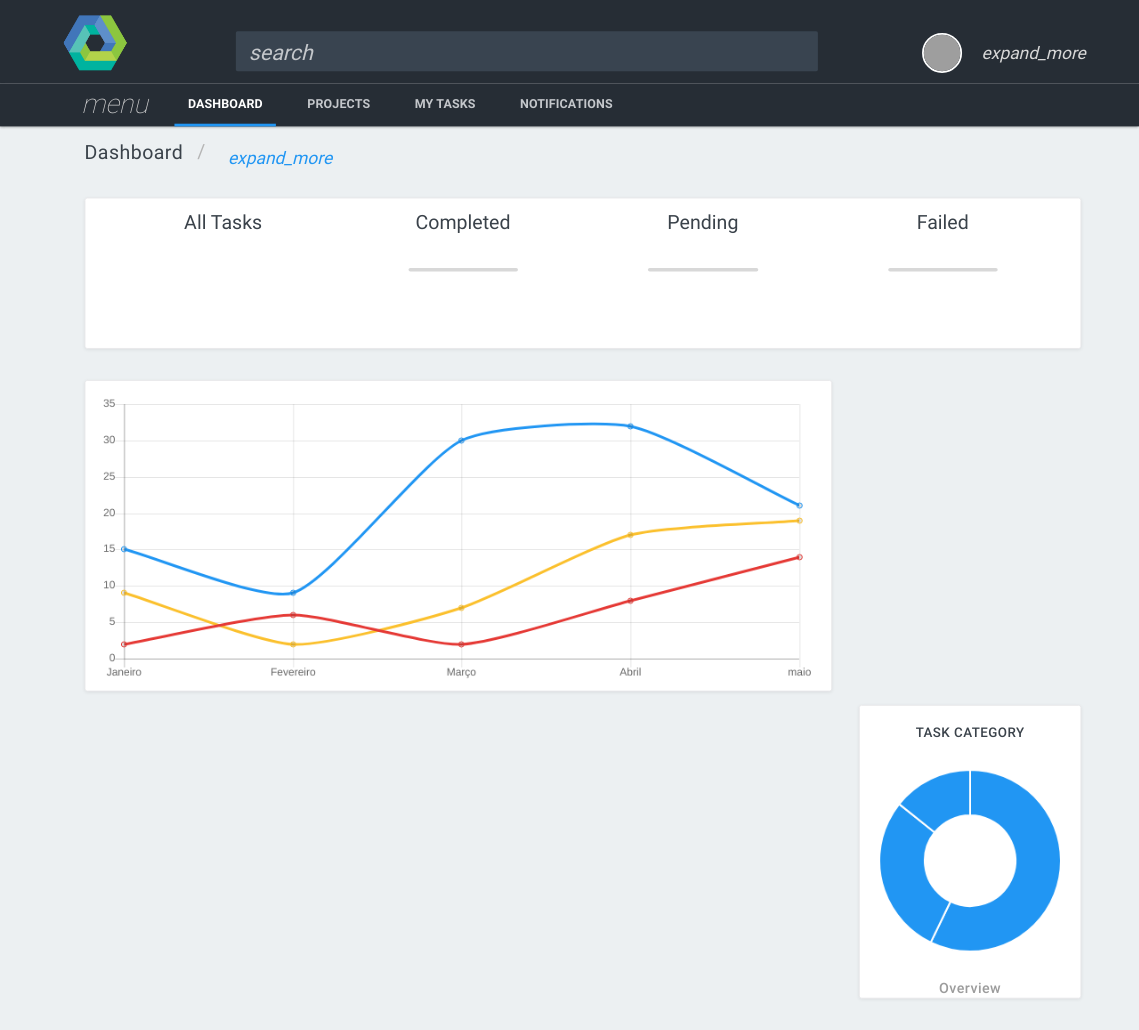
Repository: RenanChagas/ProjectManagement
Page: http://localhost/finalproject/WEB-INF/views/dashboard.jsp
An editor plug-in stored every save of this project. The page is shown before and after the next save, followed by the edit.
The browser window is 1280 px wide. The pictures show the whole page, at 89% of full size.
Pictures or frames that could not be fetched are drawn as grey boxes. The page is served by Tomcat 9. Nobody is signed in. Other server files are loaded and not shown. The template is opened directly, without the code that normally fills it, so the values that code supplies are empty.

Above is the page before, as saved 2017-11-20 00:04:51.

### finalproject/src/main/webapp/WEB-INF/views/dashboard.jsp
<%@ page language="java" contentType="text/html; charset=ISO-8859-1" pageEncoding="ISO-8859-1"%>
<%@ taglib prefix="c" uri="http://java.sun.com/jsp/jstl/core"%>
<%@ taglib prefix="form" uri="http://www.springframework.org/tags/form"%>
<%@ taglib prefix="t" uri="http://www.springframework.org/tags"%>

<!DOCTYPE html>
<html lang="en">
<head>
  <meta http-equiv="Content-Type" content="text/html; charset=UTF-8"/>
  <meta name="viewport" content="width=device-width, initial-scale=1, maximum-scale=1.0"/>
  <title>Course Management</title>

  <!-- CSS  -->
  <link href="https://fonts.googleapis.com/icon?family=Material+Icons" rel="stylesheet">
  <link type="text/css" rel="stylesheet" media="screen,projection" href="<c:url value='/static/css/materialize.css' />"/>
  <link type="text/css" rel="stylesheet" media="screen,projection" href="<c:url value='/static/css/custom-css.css' />"/>

  <!--  Scripts-->
  <script src="<c:url value="/static/js/jquery-2.1.1.min.js" />"></script>
  <script src="<c:url value="/static/js/materialize.js" />"></script>
  <script src="<c:url value="/static/js/Chart.js" />"></script>
  <script src="<c:url value="/static/js/menu.js" />"></script>

  <!-- Website Logo -->
  <link rel="icon" href="<c:url value="/static/images/default/logo.png"/>">

  <script type="text/javascript">
	  $(document).ready(function() {

		  var completedTaskPerc = ${percCompletedTasks} + '%';
		  var percPendingTasks = ${percPendingTasks} + '%';
		  var percFailedTasks = ${percFailedTasks} + '%';

		  $('#completedTasks').attr('style','width: ' + completedTaskPerc);
		  $('#pendingTasks').attr('style','width: ' + percPendingTasks);
		  $('#failedTasks').attr('style','width: ' + percFailedTasks);



	  });
  </script>

</head>
<body>
<c:set var="contextPath" value="${pageContext.request.contextPath}"/>

	<!-- NAV TOP  -->
	<nav id="logo_nav" class="MDC-navbar-style MDC-shadow-0 hide-on-small-and-down">
    	<div class="nav-wrapper MDC-nav-margin">
    		<!--  NAV CONTAINER -->
      		<div class="row MDC-nav-top-container ">

        	<!-- Logo -->
        	<div class="col s12 m3 l2">
          		<div class="MDC-nav-logo-position">
          			<img src="<c:url value="/static/images/default/logo.png"/>" class="MDC-nav-logo-size"/>
          		</div>
        	</div>

        	<!-- Search -->
        	<div class="col s12 m7 l7">
          		<div class="MDC-nav-search-position">
            	<form>
              		<div class="input-field">
                		<input id="search" type="search" class="MDC-nav-search-focus" required>
                		<label class="label-icon" for="search"><i class="material-icons MDC-nav-search-focus">search</i></label>
                  		<i class="material-icons MDC-nav-search-focus">close</i>
              		</div>
            	</form>
          		</div>
        	</div>

        	<!-- Avatar -->
        	<div class="col s12 m2 l3">
          		<div class="MDC-nav-account-position">
	            	<!-- Dropdown Trigger -->
	            	<a class="dropdown-button " data-beloworigin="true"
	               		href='#' data-activates='account-dropdown'>
	               		<div class="MDC-nav-account-option-position hide-on-med-and-down">
	                		 <i class="material-icons MDC-icon-small MDC-color-grey-light">expand_more</i>
	               		</div>
	               		<span class="MDC-login-text MDC-nav-account-text-position
	               					MDC-color-grey-light hide-on-med-and-down">
	                 	${user.username}
	               		</span>
	               		<img src="<c:url value="/static/images/avatar/${user.username}/${user.username}.png"/>"
	               				class="MDC-avatar-circle-small mdc-nav-avatar-position"/>
	            	</a>
	            	<!-- Dropdown Structure -->
	            	<ul id='account-dropdown' class='dropdown-content MDC-nav-account-dropdown-position'>
	              		<li><a id="profile" class="modal-trigger MDC-color-grey-dark-2 MDC-font-15" href="${contextPath}/profile">Profile</a></li>
	              		<li><a class="MDC-color-grey-dark-2 MDC-font-15" href="#!">Report a Problem</a></li>
	              		<li class="divider"></li>
	              		<li><a class="MDC-color-grey-dark-2 MDC-font-15" href="${contextPath}/logout">Logout</a></li>
	            	</ul>
          		</div>
        	</div>

			</div>
			<!--  NAV CONTAINER - END-->
		</div>
	</nav>
	<!-- NAV TOP - END -->

  <!-- NAV MENU  -->
  <div class="MDC-menu-fullWidth">
    <div class="MDC-shadow-bottom">
      <header class="MDC-shadow-bottom">
        <nav id="menu_nav" class="MDC-navbar-menu-size MDC-navbar-style MDC-shadow-0 MDC-nav-margin">
          <div class="nav-wrapper MDC-nav-margin MDC-left">
            <!-- MENU ROW -->
            <div class="row">
              <div class="col">
                <div class="MDC-nav-menu-container">

                  <ul id="nav-mobile" class="MDC-nav-menu-ul left left-align">
                    <a href="#" id="mobile-icon" onclick="openNav()" class="left MDC-padding-mobile-0
                    MDC-hover-none">
                      <i class="material-icons MDC-nav-tabs-icon MDC-color-grey-light">
                        menu
                      </i>
                    </a>
                    <li class="MDC-navbar-menu"><a class="active MDC-navbar-active" href="${contextPath}/dashboard">Dashboard</a></li>
                    <li class="MDC-navbar-menu"><a href="${contextPath}/projects">Projects</a></li>
                    <li class="MDC-navbar-menu"><a href="#!">My Tasks</a></li>
                    <li class="MDC-navbar-menu"><a href="${contextPath}/notification">Notifications
                      </a>
                    </li>
                  </ul>
                  <div id="mySidenav" class="MDC-sidenav">
                    <a href="javascript:void(0)" class="MDC-closebtn" onclick="closeNav()">x</a>
                    <a href="#">About</a>
                    <a href="#">Services</a>
                    <a href="#">Clients</a>
                    <a href="#">Contact</a>
                  </div>

                </div>
              </div>
            </div>
            <!-- MENU ROW - END -->
          </div>
        </nav>
      </header>
    </div>
  </div>
  <!-- NAV MENU - END -->

  <!-- TITLE PAGE -->
  <div class="row  MDC-page-center MDC-page-container">
    <div class="col MDC-padding-0 left">
      <div class="MDC-page-title-size">
        <font class="MDC-h5-style MDC-color-grey-dark-2 MDC-display-inline">Dashboard</font>
        <font class="MDC-h5-style MDC-color-grey-light-2 MDC-display-inline MDC-relative
                     MDC-news-counterBar-position">/
        </font>
        <font class="MDC-h5-style MDC-color-blue MDC-display-inline">${user.username}</font>
        <i class="material-icons MDC-icon-small MDC-color-blue
                  MDC-news-expand-icon-position MDC-relative">expand_more</i>

      </div>
    </div>
  </div>
  <!-- TITLE PAGE - END -->

  <!-- RESUME CONTAINER -->
  <div class="MDC-page-center MDC-page-container">
    <!-- RESUME CONTENT -->
    <div class="row MDC-page-margin-top">
      <div class="col l12 MDC-padding-0 MDC-margin-right40">
        <div class="MDC-card MDC-dashboard-card-size">
          <div class="MDC-card-news-container">

            <!-- All Courses -->
            <div class="col l3">
              <div class="row center">
                <font class="MDC-font-22 MDC-color-grey-dark-2">
                  All Tasks
                </font>
              </div>
              <div class="row center">
                <font class="MDC-font-60 MDC-font-bold MDC-color-grey">
                  ${allTasks}
                </font>
              </div>
            </div>

            <!-- Completed Courses -->
            <div class="col l3">
              <div class="row center">
                <font class="MDC-font-22 MDC-color-grey-dark-2">
                  Completed
                </font>
              </div>
              <div class="row center">
                <font class="MDC-font-60 MDC-font-bold MDC-color-grey ">
                  ${completedTasks}
                </font>
                <div class="progress MDC-progressBar-50 MDC-margin-0 MDC-top15 MDC-background-grey-light">
                  <div id="completedTasks" class="determinate"></div>
                </div>
              </div>
            </div>

            <!-- Missing Courses -->
            <div class="col l3">
              <div class="row center">
                <font class="MDC-font-22 MDC-color-grey-dark-2">
                  Pending
                </font>
              </div>
              <div class="row center">
                <font class="MDC-font-60 MDC-font-bold MDC-color-grey ">
                  ${pendingTasks}
                </font>
                <div class="progress MDC-progressBar-50 MDC-margin-0 MDC-top15 MDC-background-grey-light">
                  <div id="pendingTasks" class="determinate yellow darken-2"></div>
                </div>
              </div>
            </div>

            <!-- Overdue Courses -->
            <div class="col l3">
              <div class="row center">
                <font class="MDC-font-22 MDC-color-grey-dark-2">
                  Failed
                </font>
              </div>
              <div class="row center">
                <font class="MDC-font-60 MDC-font-bold MDC-color-grey ">
                  ${failedTasks}
                </font>
                <div class="progress MDC-progressBar-50 MDC-margin-0 MDC-top15 MDC-background-grey-light">
                  <div id="failedTasks" class="determinate red darken-1"></div>
                </div>
              </div>
            </div>

          </div>
        </div>
      </div>
    </div>
    <!-- RESUME CONTENT - END -->

    <!-- Graphics -->
    <div class="row">
      <div class="col l9 MDC-padding-0 MDC-margin-right40">
        <div class="MDC-card MDC-dashboardGraphics-card-size">
          <div class="MDC-card-news-container">

            <div>
                <canvas class="MDC-margin-top20" id="chartjs-Months" width="100" height="320"></canvas>
            </div>
            <script type="text/javascript">


            new Chart(document.getElementById("chartjs-Months"), {

              type: 'line',
              data: {
                labels: ["Janeiro", "Fevereiro", "Março", "Abril", "maio"],
                datasets: [
                  {
                    label: "Tasks Completed",
                    borderColor: "#2196F3",
                    data: [15,9,30,32,21],
                    fill: false,
                    lineTension: 0.2
                  },
                  {
                    label: "Tasks Ovedue",
                    borderColor: "#e53935",
                    data: [2,6,2,8,14],
                    fill: false,
                    lineTension: 0.2
                  },
                  {
                    label: "Tasks On Going",
                    borderColor: "#fbc02d",
                    data: [9,2,7,17,19],
                    fill: false,
                    lineTension: 0.2
                  }
                ]
              },
              "options":{
                "legend": {
                  display: false
                },
                "responsive": true,
                "maintainAspectRatio": false,
                "scales": {
                  "xAxes": [{
                            "gridLines": {
                              display:true
                            }
                  }],
                  "yAxes": [{
                            "gridLines": {
                              display:true
                            }
                            }]
                  }
              }
            });

            </script>

          </div>
        </div>
      </div>

      <!-- Courses -->
      <div class="col MDC-padding-0 right">
        <div class="MDC-card MDC-course-card-size">

          <!-- Task Title -->
          <div class="row center MDC-margin-top10">
            <font class="truncate MDC-font-15 MDC-color-grey-dark-2 MDC-font-h1">
                Task Category
              </font>
          </div>

          <!-- Image -->
          <a href="#">
            <div class="row center MDC-margin-top20">

              <div class="MDC-margin-right20 MDC-margin-left20">
                  <canvas class="MDC-margin-top20 center" id="chartjs-doughnut" width="10" height="10"></canvas>
              </div>
              <script type="text/javascript">
              new Chart(document.getElementById("chartjs-doughnut"), {
                type: 'doughnut',
                data: {
                  labels: ["Documentation", "Programming", "Test"],
                  datasets: [ {
                    data: [
                      40,
                      20,
                      10
                    ],
                    backgroundColor: [
                    "#2196F3",
                    "#2196F3",
                    "#2196F3",
                    ],
                    label: ""
                  }]
                },
                "options":{
                  "legend": {
                    display: false,
                    position: "bottom"
                  },
                  animation: {
                  animateScale: true,
                  animateRotate: true
                  }
                }
              });

              </script>
              <!--
              <img src="images/temp/man-profile-circle-4.png"
                class="MDC-avatar-circle-large MDC-shadow-default"/> -->
            </div>
          </a>

          <!-- Task Description -->
          <div class="row center MDC-margin-bottom-10">
            <font class="truncate MDC-font-16-2 MDC-color-grey MDC-font-h1
                        MDC-uppercase-none">
               Overview
            </font>
          </div>

        <!-- CARD END -->
        </div>
      </div>
      <!-- Courses END -->


    </div>


  </div>
  <!-- RESUME CONTAINER - END -->

</body>
</html>

Loaded but not shown: finalproject/src/main/webapp/static/css/materialize.css (library); finalproject/src/main/webapp/static/js/jquery-2.1.1.min.js (library); finalproject/src/main/webapp/static/js/materialize.js (library); finalproject/src/main/webapp/static/js/Chart.js (library); finalproject/src/main/webapp/static/js/menu.js (49 lines, source omitted); finalproject/src/main/webapp/static/css/custom-css.css (1593 lines, source omitted)

After the next save:
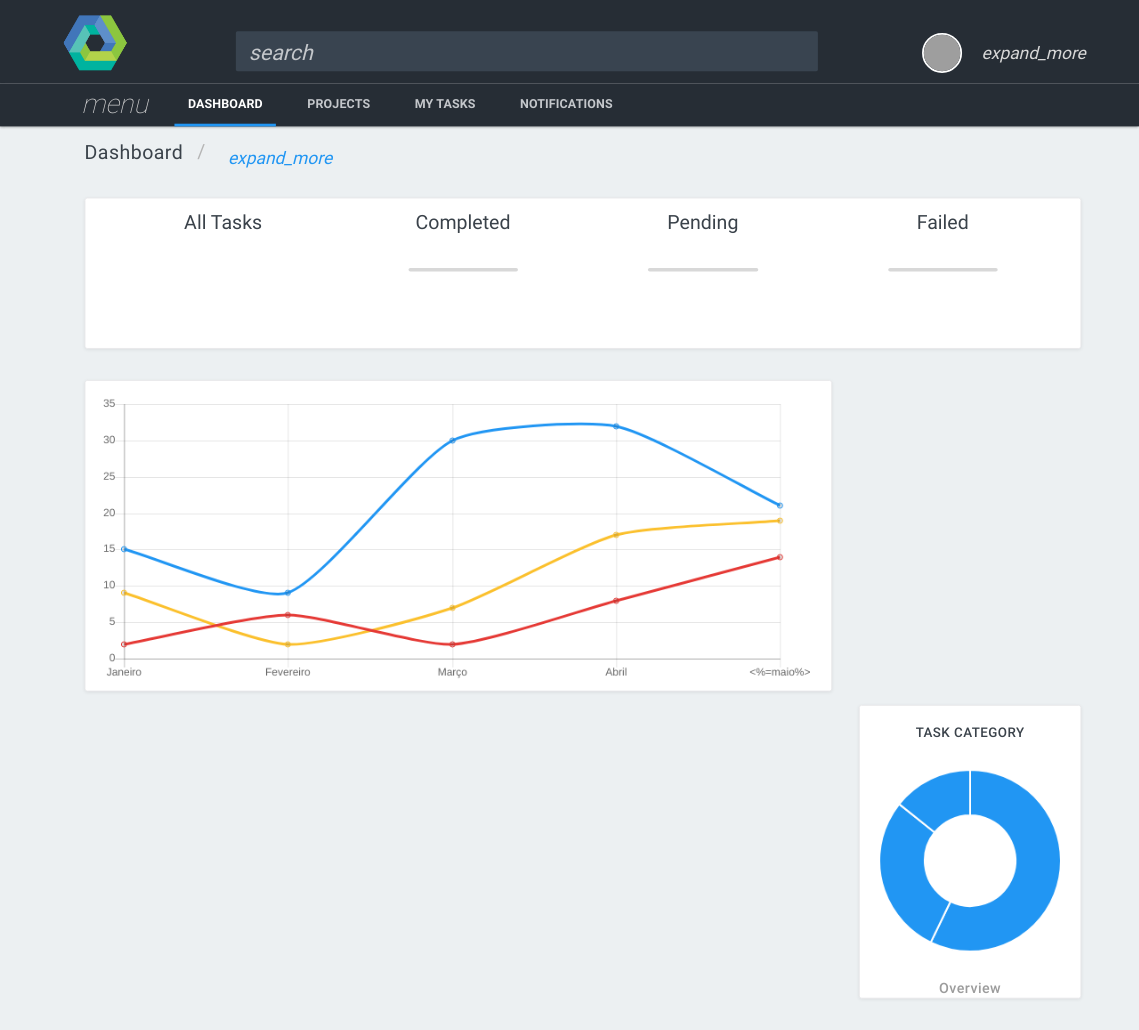
Saved 44 s later.
--- a/finalproject/src/main/webapp/WEB-INF/views/dashboard.jsp
+++ b/finalproject/src/main/webapp/WEB-INF/views/dashboard.jsp
@@ -258,7 +258,7 @@
 
               type: 'line',
               data: {
-                labels: ["Janeiro", "Fevereiro", "Março", "Abril", "maio"],
+                labels: ["Janeiro", "Fevereiro", "Março", "Abril", "<" + "%=maio%" + ">"],
                 datasets: [
                   {
                     label: "Tasks Completed",
